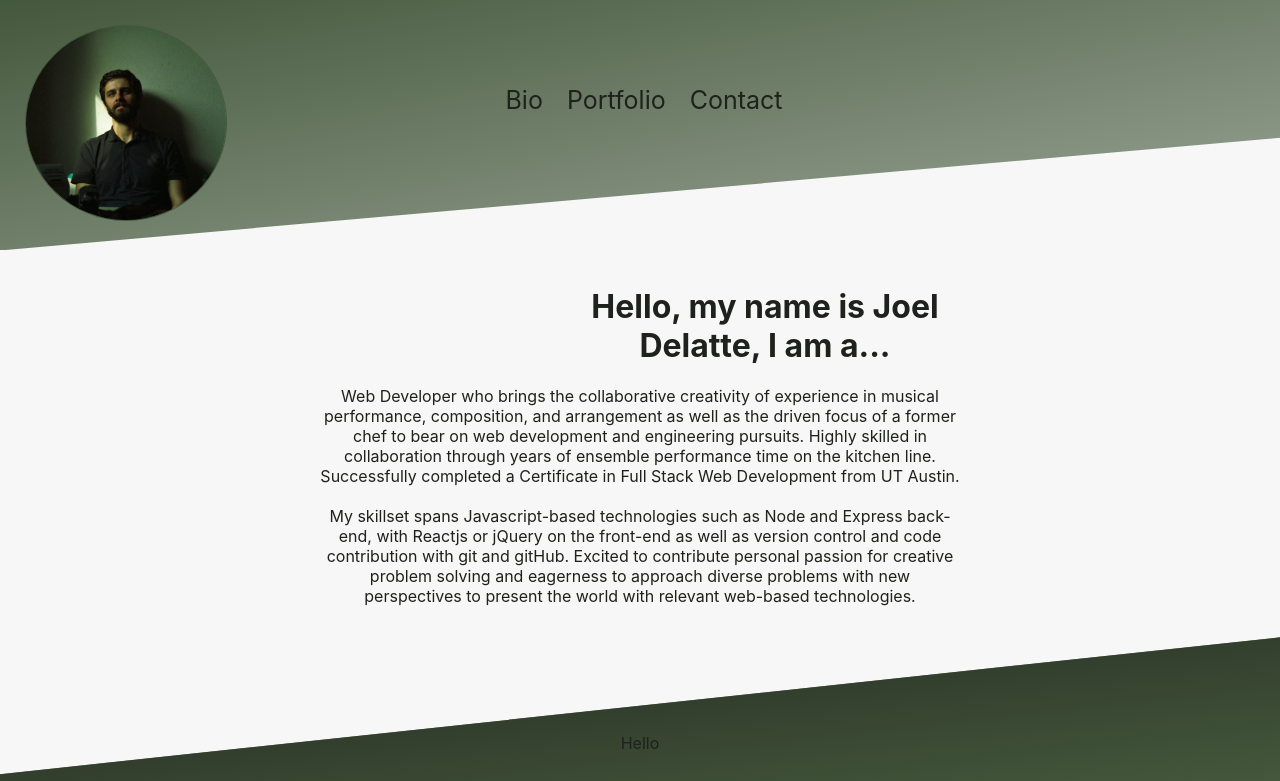
Repository: joeldelatte/react-portfolio
Page: / (app in client/)
The author's editor kept a copy of each file at every save. The page is drawn from the files as they stood at one save, then again after the next save.
The browser window is 1280 px wide. The pictures show the whole page.
The project was rebuilt for these pictures with package versions that can differ from the ones it lists, and the page was loaded fresh each time. Also part of the build but not shown: client/src/App.css, client/src/Components/Contact/Contact.js, client/src/Components/Portfolio/Portfolio.js.

Above is the page before, as saved 2020-07-11 00:01:02.

### client/public/index.html
<!doctype html>
<html lang="en">
  <head>
    <meta charset="utf-8">
    <meta name="viewport" content="width=device-width, initial-scale=1, shrink-to-fit=no">
    <meta name="theme-color" content="#000000">
    <!--
      manifest.json provides metadata used when your web app is added to the
      homescreen on Android. See https://developers.google.com/web/fundamentals/engage-and-retain/web-app-manifest/
    -->
    <link rel="manifest" href="%PUBLIC_URL%/manifest.json">
    <link rel="shortcut icon" href="%PUBLIC_URL%/favicon.ico">
    <!--
      Notice the use of %PUBLIC_URL% in the tags above.
      It will be replaced with the URL of the `public` folder during the build.
      Only files inside the `public` folder can be referenced from the HTML.

      Unlike "/favicon.ico" or "favicon.ico", "%PUBLIC_URL%/favicon.ico" will
      work correctly both with client-side routing and a non-root public URL.
      Learn how to configure a non-root public URL by running `npm run build`.
    -->
    <title>Joel Delatte</title>
  </head>
  <body>
    <noscript>
      You need to enable JavaScript to run this app.
    </noscript>
    <div id="root"></div>
    <!--
      This HTML file is a template.
      If you open it directly in the browser, you will see an empty page.

      You can add webfonts, meta tags, or analytics to this file.
      The build step will place the bundled scripts into the <body> tag.

      To begin the development, run `npm start` or `yarn start`.
      To create a production bundle, use `npm run build` or `yarn build`.
    -->
  </body>
</html>

### client/src/index.css
body {
  height:100%;
  min-height: 100%;
  margin: 0;
  padding: 0;
  border: 0;
  font-family: -apple-system, BlinkMacSystemFont, 'Segoe UI', 'Roboto', 'Oxygen',
    'Ubuntu', 'Cantarell', 'Fira Sans', 'Droid Sans', 'Helvetica Neue',
    sans-serif;
  -webkit-font-smoothing: antialiased;
  -moz-osx-font-smoothing: grayscale;
  background-color: rgb(247, 247, 247);
  color: rgb(31,33,28);
}

code {
  font-family: source-code-pro, Menlo, Monaco, Consolas, 'Courier New',
    monospace;
}

### client/src/App.js
import React from 'react';
import {BrowserRouter as Router, Route, Switch, Link} from "react-router-dom";
import './App.css';
import Bio from "./Components/Bio/Bio";
import Nav from "./Page/Nav";
import Contact from "./Components/Contact/Contact";
import Portfolio from "./Components/Portfolio/Portfolio";

export default function App() {
  return (
    <>
      <Router>
        <Nav />
        <Switch>
          <Route exact path="/">
            <Bio />
          </Route>
          <Route exact path="/contact">
            <Contact />
          </Route>
          <Route exact path="/portfolio">
            <Portfolio />
          </Route>
        </Switch>
      </Router>
    </>
  );
}

### client/src/Components/Bio/Bio.js
import React from "react";
import "./bio.css";

export default function Bio() {

    return (
      <div className="container">
        <div className="bio">
          <h1>Hello, my name is Joel Delatte, I am a...</h1>
          <p>
            Web Developer who brings the collaborative creativity of experience
            in musical performance, composition, and arrangement as well as the
            driven focus of a former chef to bear on web development and
            engineering pursuits. Highly skilled in collaboration through years
            of ensemble performance time on the kitchen line. Successfully
            completed a Certificate in Full Stack Web Development from UT
            Austin.
            <br></br>
            <br></br>
            My skillset spans Javascript-based technologies such as Node and
            Express back-end, with Reactjs or jQuery on the front-end as well as
            version control and code contribution with git and gitHub. Excited
            to contribute personal passion for creative problem solving and
            eagerness to approach diverse problems with new perspectives to
            present the world with relevant web-based technologies.
          </p>
        </div>
        <footer>Hello</footer>
      </div>
    );
}

### client/src/Page/Nav.js
import React from "react";
import {BrowserRouter as Router, Route, Switch, Link} from "react-router-dom";
import Avatar from "./Avatar";
import "./Page.css";

function Nav () {
    return (
      <div className="header">
        <Avatar />
        <div className="nav">
          <Link to="/">Bio</Link>
          <Link to="/portfolio">Portfolio</Link>
          <Link to="/contact">Contact</Link>
        </div>
      </div>
    );
};

export default Nav;

### client/src/Components/Bio/bio.css
.container {
    position: relative;
}

.bio {
    min-height: 100%;
    padding: 15px;
    max-width: 50%;
    margin: 0 auto;
    text-align: center;
    padding-bottom: -5rem;
}

.bio p {
    text-align: center;
}

footer {
  height: 3rem;
  padding-top: 6rem;
  /* background-color: rgb(68,88,60); */
  background-image: linear-gradient(to right bottom, rgba(31,33,28, 1), rgba(68,88,60, 0.501));
  -webkit-clip-path: polygon(0 95%, 100% 0, 100% 100%, 0 100%);
  clip-path: polygon(0 95%, 100% 0, 100% 100%, 0 100%);
  text-align: center;
}


    @media only screen and (max-width: 768px) {
        .viewContainer {
            margin-left: 110px;
        }
    }

### client/src/Page/Avatar.js
import React from "react";
import Portrait from "./images/joel_d.png"
import "./Page.css";

function Avatar () {

    return (
      <div>
          <img src={Portrait} alt="avatar"  className="avatar" />
      </div>
    );
};

export default Avatar;

### client/src/Page/Page.css
.header {
  height: 38%;
  background-image: linear-gradient(to right bottom, rgba(68,88,60, 1), rgba(68,88,60, 0.501));
  background-size: cover;
  background-position: top;
  position: relative;
  -webkit-clip-path: polygon(0 0, 100% 0, 100% 55%, 0 100%);
  clip-path: polygon(0 0, 100% 0, 100% 55%, 0 100%);
  position: relative;
}

  .avatar {
    border: 1px solid;
    border-color: rgb(68,88,60);
    display: inline;
    max-width: 200px;
    max-height: 200px;
    border-radius: 100%;
    margin: 25px;
    }

.nav {
    position: absolute;
    top: 40%;
    left: 50%;
    transform: translate(-50%, -50%);
    text-align: center;
}

.nav a {
    padding: 6px 8px 6px 16px;
    text-decoration: none;
    font-size: 25px;
    color: rgb(31,33,28);
    display: inline;
    text-align: center;
  }

.nav a:hover {
    color: #f1f1f1;
}

### client/src/Components/Contact/contact.css
.container {
  position: relative;
}
.contact {
    min-height: 100%;
    padding: 15px;
    max-width: 50%;
    margin: 0 auto;
    text-align: center;
    padding-bottom: -5rem;
}

.contact a {
  padding: 6px 8px 6px 16px;
  text-decoration: underline;
  font-size: 18px;
  color: black;
  display: block;
}

.contact a:hover {
  color: #818181;
}

.email-address {
  padding: 6px 8px 6px 16px;
  font-size: 18px;
}

input[type=text], select {
    width: 100%;
    padding: 12px 20px;
    margin: 8px 0;
    display: inline-block;
    border: 1px solid #ccc;
    border-radius: 4px;
    box-sizing: border-box;
  }

  input[type=submit] {
    width: 15%;
    background-color: #4CAF50;
    color: white;
    padding: 14px 20px;
    margin: 8px 0;
    border: none;
    border-radius: 4px;
    cursor: pointer;
  }

  input[type=submit]:hover {
    background-color: #45a049;
  }

textarea {
    width: 100%;
    height: 150px;
    margin: 8px 0;
    padding: 12px 20px;
    box-sizing: border-box;
    border: 1px solid #ccc;
    border-radius: 4px;
    resize: none;
  }

  footer {
    height: 3rem;
    padding-top: 6rem;
    background-color: rgb(68,88,60);
    background-image: linear-gradient(to right bottom, rgba(31,33,28, 0.901), rgba(68,88,60, 0.601));
    -webkit-clip-path: polygon(0 95%, 100% 0, 100% 100%, 0 100%);
    clip-path: polygon(0 95%, 100% 0, 100% 100%, 0 100%);
    text-align: center;
  }

  @media only screen and (max-width: 768px) {
    .contact {
      margin-left: 110px;
    }
  }

### client/src/Components/Portfolio/portfolio.css
.portfolio {
    /* margin-left: 250px; */
    padding: 15px;
    display: flex;
    flex-wrap: wrap;
    justify-content: center;
    text-align: center;
}

h1 {
    margin-left: 250px;
    flex: none;
}

.projectBox {
    width: 200px;
    height: 200px;
    float: left;
    position: relative;
    text-align: center;
    margin: 20px;
}

.projectText {
    width: 200px;
    height: 200px;
    float: left;
    position: relative;
    text-align: center;
    margin-top: 20px;
}

.projectLabel {
    color: #818181;
    text-align: center;
    font-size: large;
    background-color: #aed6f1;
    width: 200px;
    height: 30px;
    padding: 4;
    position: absolute;
    top: 80%;
    left: 50%;
    transform: translate(-50%, -50%);

}

.projectPhoto {
    width: 200px;
    height: 200px;
    float: left;
    position: relative;
    text-align: center;
}

.move {
    padding-left: 45px;
    box-sizing: content-box;
}

footer {
    height: 3rem;
    padding-top: 6rem;
    background-color: rgb(68,88,60);
    background-image: linear-gradient(to right bottom, rgba(31,33,28, 0.901), rgba(68,88,60, 0.601));
    -webkit-clip-path: polygon(0 95%, 100% 0, 100% 100%, 0 100%);
    clip-path: polygon(0 95%, 100% 0, 100% 100%, 0 100%);
    text-align: center;
  }

@media only screen and (max-width: 768px) {
    .move {
        padding-left: 130px;
        box-sizing: content-box;
    }
    .portfolio {
        margin-left: 110px;
    }

    .portfolio h1 {
        margin-left: 20px;
    }

    .projectBox {
        width: 200px;
        height: 200px;
        float: left;
        position: relative;
        text-align: center;
        margin: 20px 20px 150px 20px;

    }


}

Loaded but not shown: client/src/index.js (common file); client/src/serviceWorker.js (common file)

After the next save:
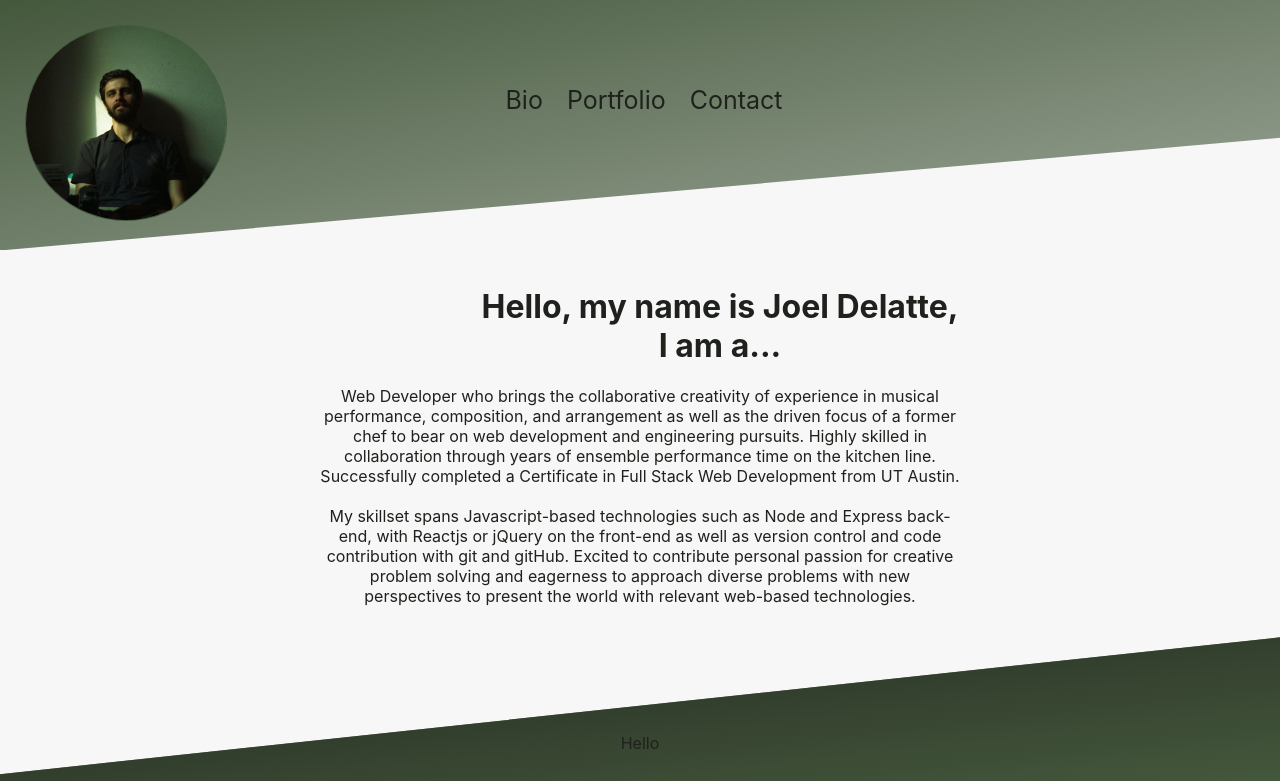
Saved 18 s later.
--- a/client/src/Components/Portfolio/portfolio.css
+++ b/client/src/Components/Portfolio/portfolio.css
@@ -8,7 +8,7 @@
 }
 
 h1 {
-    margin-left: 250px;
+    margin-left: 25%;
     flex: none;
 }
 
